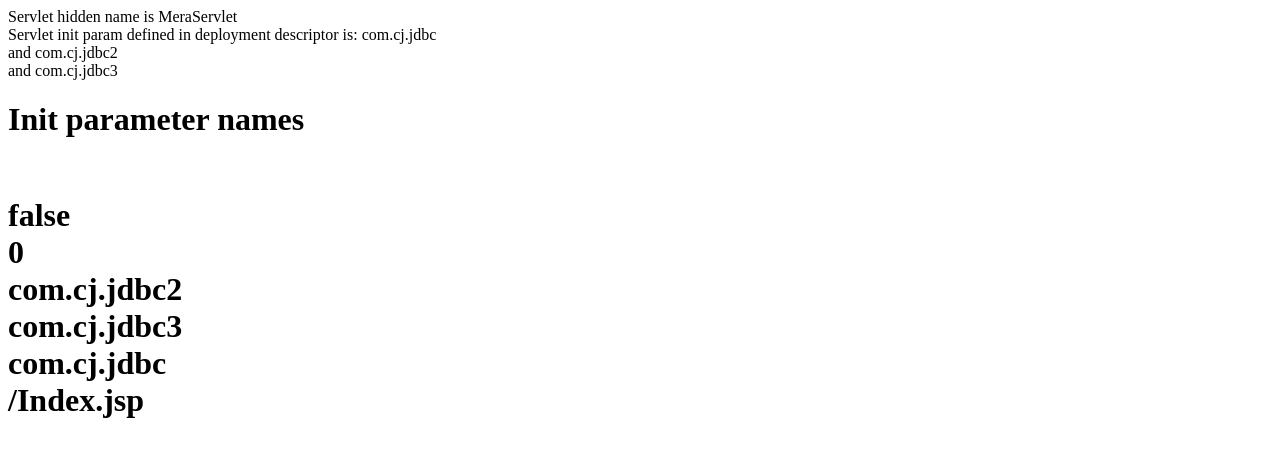
Repository: kamalsingh7290/ServletANDjsp
Page: http://localhost/JSP_Config/kamal
The author's editor kept a copy of each file at every save. The page is drawn from the files as they stood at one save, then again after the next save.
The browser window is 1280 px wide. The pictures show the whole page.
The page is served by Tomcat 9.

Above is the page before, as saved 2022-01-28 11:17:00.

After the next save:
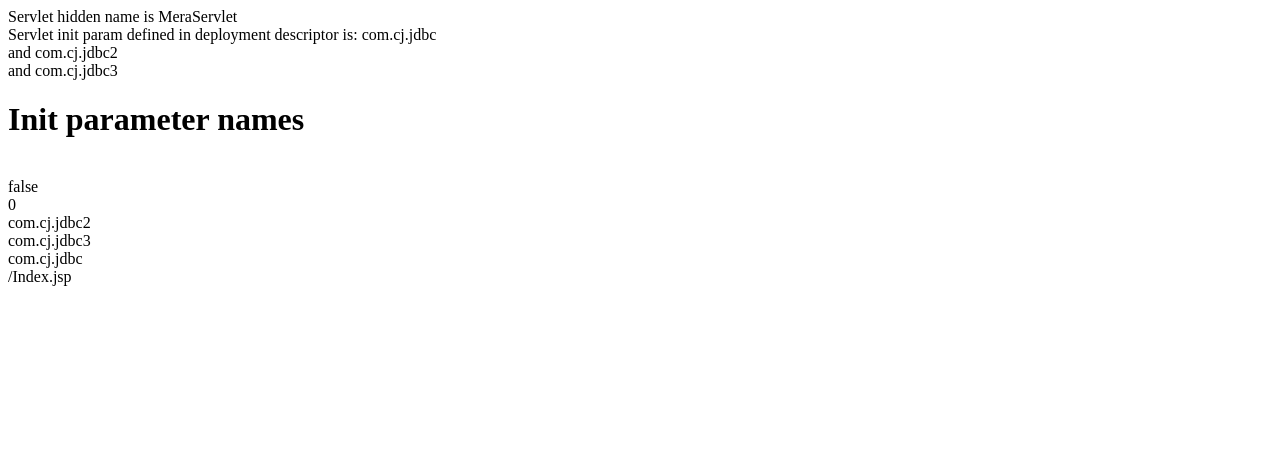
Saved 6 s later.
--- a/JSP_Config/src/main/webapp/Index.jsp
+++ b/JSP_Config/src/main/webapp/Index.jsp
@@ -13,7 +13,7 @@
 Servlet hidden name is <%=config.getServletName() %><br>
 Servlet init param defined in deployment descriptor is: <%=config.getInitParameter("Drivername") %><br>
 and <%=config.getInitParameter("Drivername2") %><br> and <%=config.getInitParameter("Drivername3") %>
-<%="<br><h1>Init parameter names <h1><br>" %>
+<%="<br><h1>Init parameter names </h1><br>" %>
 <%Enumeration e=config.getInitParameterNames();%>
 <%
 while(e.hasMoreElements())
